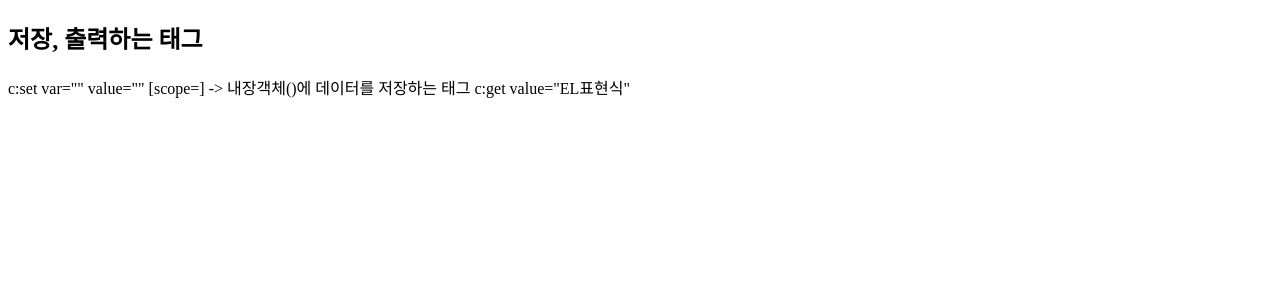
Repository: simjiho/week
Page: http://localhost/el_jstl/views/jstl/02_controltag.jsp
The author's editor kept a copy of each file at every save. The page is drawn from the files as they stood at one save, then again after the next save.
The browser window is 1280 px wide. The pictures show the whole page.
The page is served by Tomcat 9.

Above is the page before, as saved 2024-04-20 05:47:06.

After the next save:
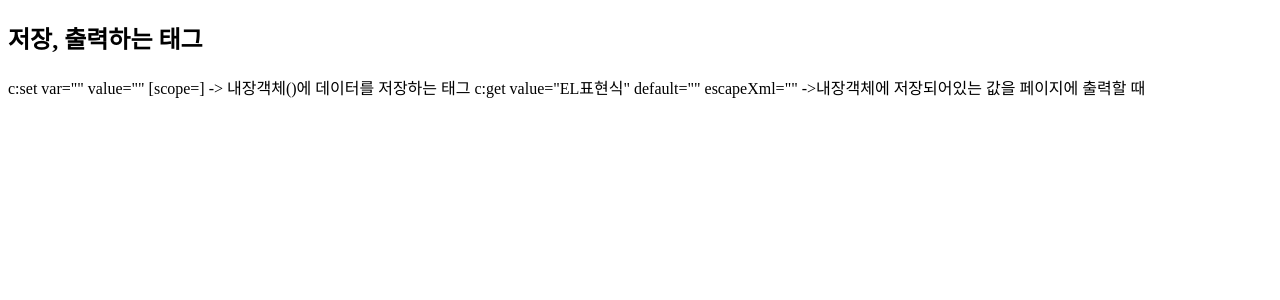
Saved 43 s later.
--- a/workspace/el_jstl/src/main/webapp/views/jstl/02_controltag.jsp
+++ b/workspace/el_jstl/src/main/webapp/views/jstl/02_controltag.jsp
@@ -11,7 +11,7 @@
 	<h2>저장, 출력하는 태그</h2>
 	<p>
 		c:set var="" value="" [scope=] -> 내장객체()에 데이터를 저장하는 태그
-		c:get value="EL표현식"
+		c:get value="EL표현식" default="" escapeXml="" ->내장객체에 저장되어있는 값을 페이지에 출력할 때 <br>
 	</p>
 </body>
 </html>
